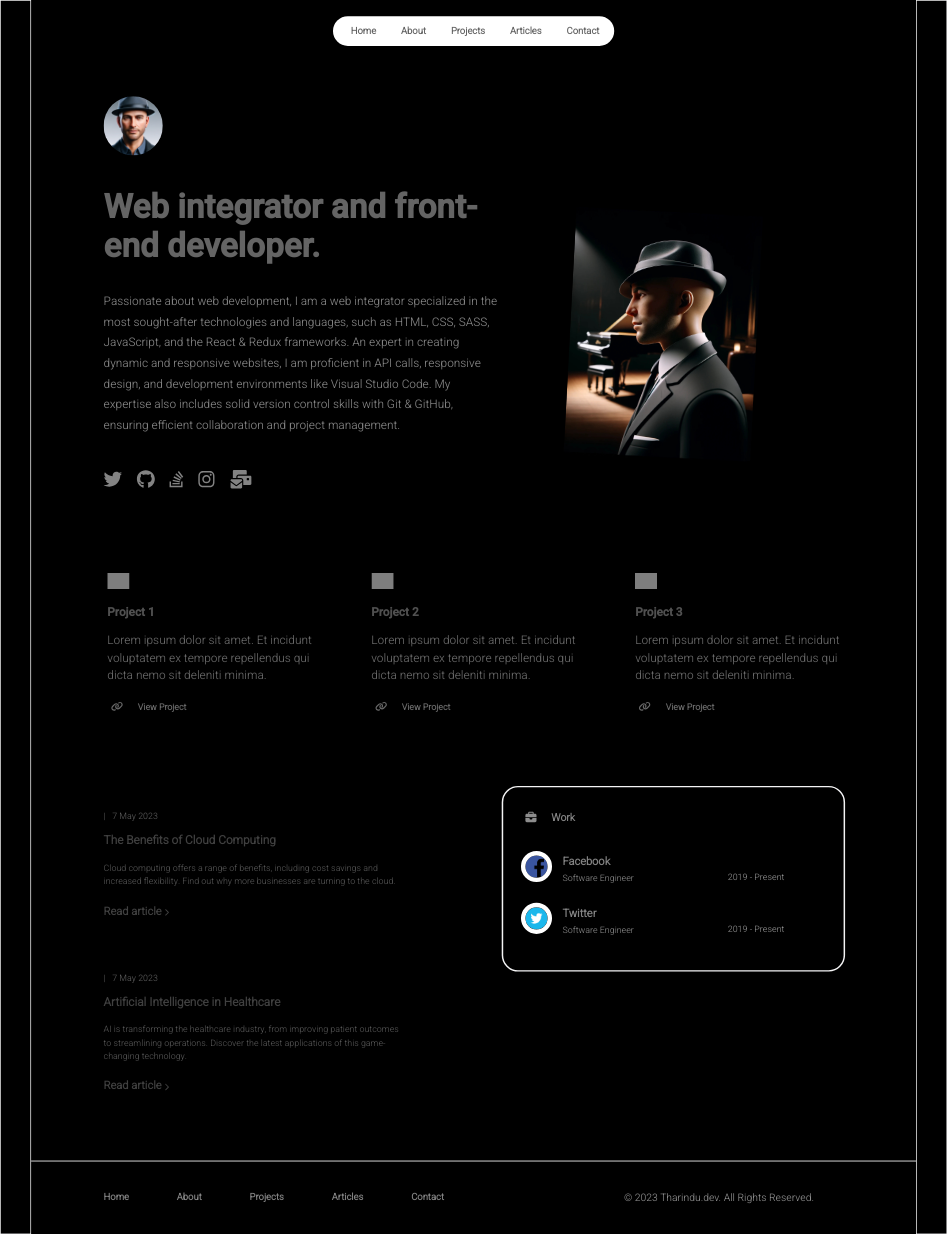
Repository: Dimple3377/reactfolio-master
Page: /
The author's editor kept a copy of each file at every save. The page is drawn from the files as they stood at one save, then again after the next save.
The browser window is 1280 px wide. The pictures show the whole page, at 74% of full size.
Pictures or frames that could not be fetched are drawn as grey boxes. The project was rebuilt for these pictures with package versions that can differ from the ones it lists, and the page was loaded fresh each time. Also part of the build but not shown: src/components/about/socials.jsx, src/pages/styles/about.css, src/pages/about.jsx, src/pages/styles/projects.css, src/pages/projects.jsx, src/components/articles/article.jsx, src/pages/styles/articles.css, src/pages/articles.jsx and 5 more.

Above is the page before, as saved 2024-04-24 03:41:17.

After the next save:
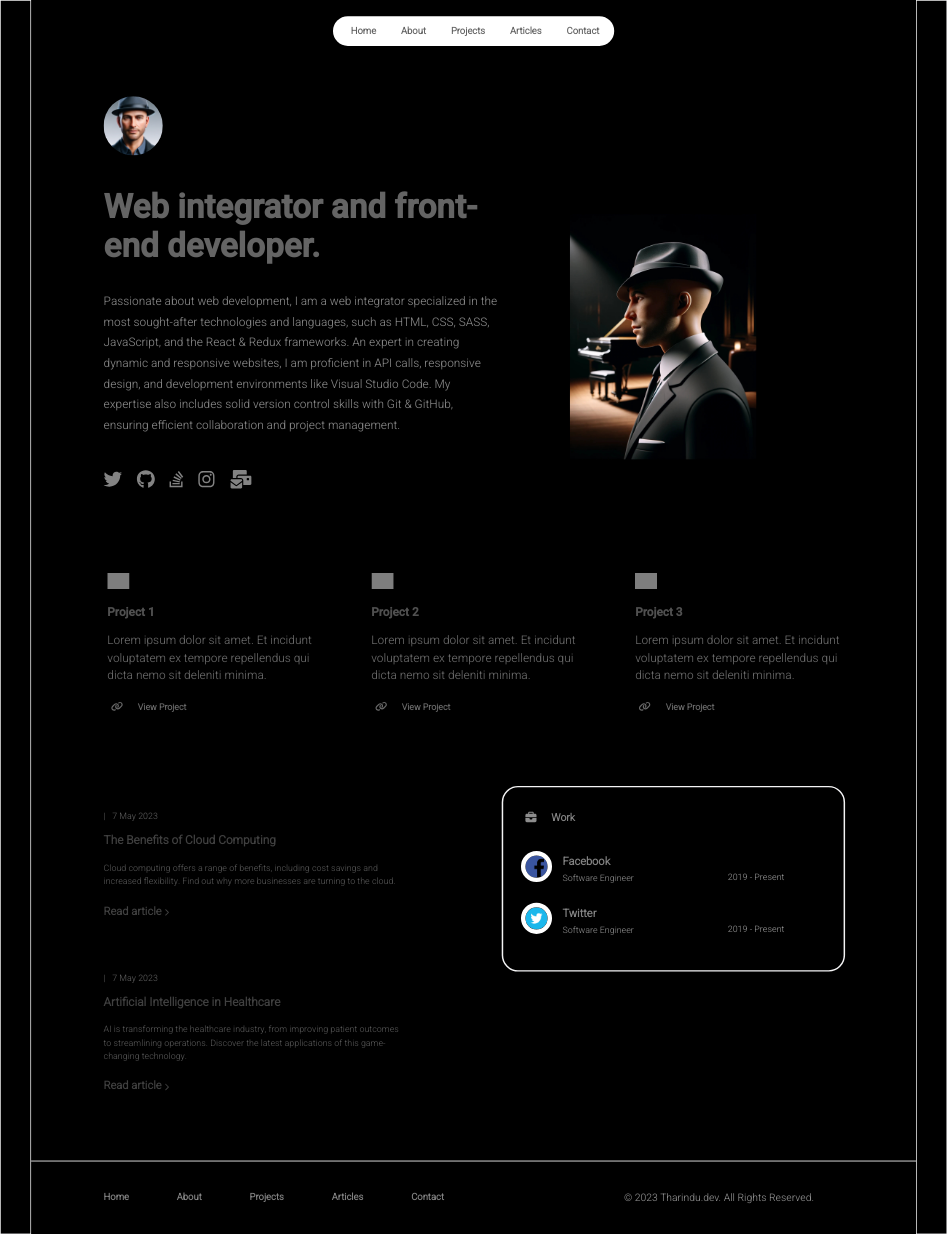
Saved 12 min 44 s later.
--- a/src/pages/styles/homepage.css
+++ b/src/pages/styles/homepage.css
@@ -44,7 +44,6 @@
 .homepage-image-wrapper {
 	overflow: hidden;
 	border-radius: 10%;
-	transform: rotate(3deg);
 }
 
 .homepage-image-wrapper img {
